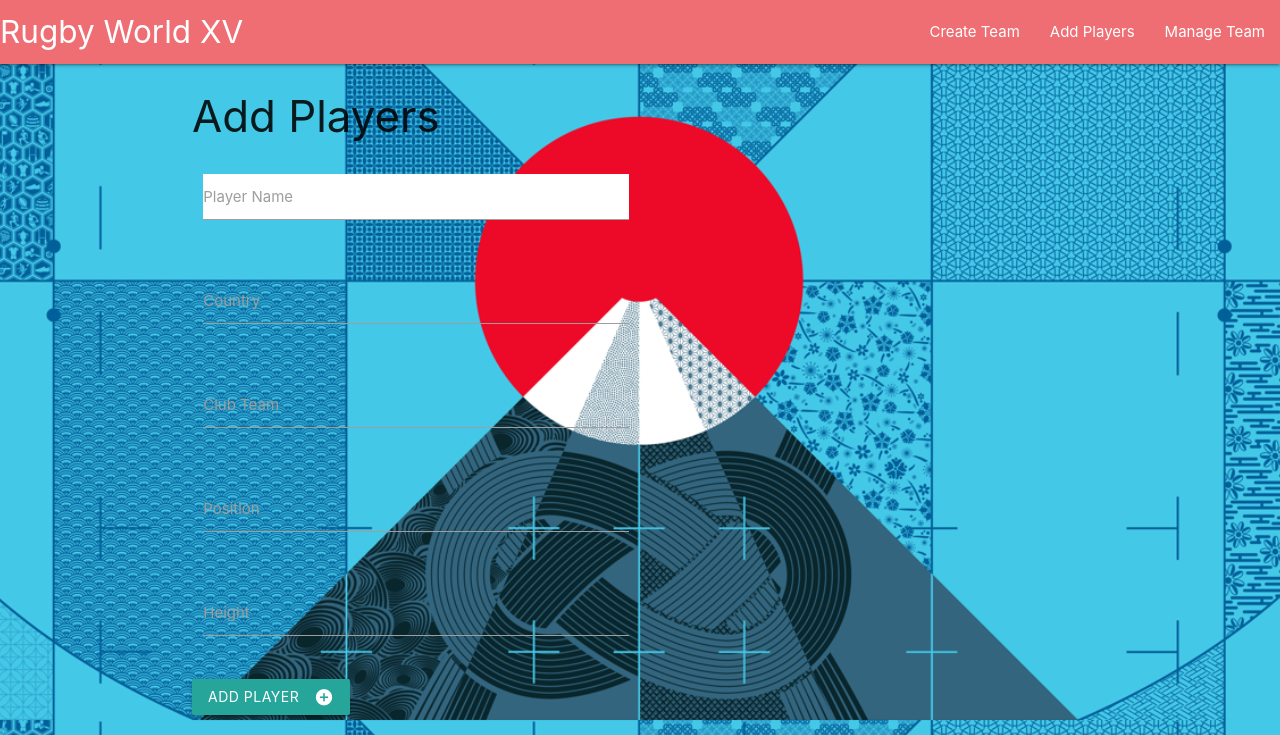
Repository: StephenWhittington/rugby-world-xv
Page: http://localhost/new_team
The author's editor kept a record of every edit. The page is drawn from the files as they stood at one moment, then again after the next edit.
The browser window is 1280 px wide. The pictures show the whole page.
Backgrounds fixed to the window are drawn as part of the page. The page is served by the project's application, run on Flask 3 (app.py). Queries for data that is not in the repository find no rows.

Above is the page before.

### templates/addplayers.html
{% extends 'base.html' %} {% block content %}
<h3>Add Players</h3>
<div class="row">
    <form action="{{ url_for('add_player') }}" method="POST" class="col s12">
        <div class="row">
            <div class="input-field input-info col s6">
                <input  id="player_name" name="player_name" type="text" class="validate">
                <label for="player_name">Player Name</label>
            </div>
        </div>
        <div class="row">
            <div class="input-field input-info col s6">
                <input id="country" name="country" type="text" class="validate">
                <label for="country">Country</label>
            </div>
        </div>
        <div class="row">
            <div class="input-field input-info col s6">
                <input id="club_team" name="club_team" type="text" class="validate">
                <label for="club_team">Club Team</label>
            </div>
        </div>
        <div class="row">
            <div class="input-field input-info col s6">
                <input id="position" name="position" type="text" class="validate">
                <label for="position">Position</label>
            </div>
        </div>
        <div class="row">
            <div class="input-field input-info col s6">
                <input id="height" name="height" type="text" class="validate">
                <label for="height">Height</label>
            </div>
        </div>
         <div class="row">
            <button class="btn waves-effect waves-light" type="submit" name="action">Add Player
                <i class="material-icons right">add_circle</i>
             </button>
        </div>
    </form>
</div>

{% endblock %}

### templates/base.html
<!DOCTYPE html>
<html lang="en">

<head>
    <meta charset="UTF-8">
    <meta name="viewport" content="width=device-width, initial-scale=1.0">
    <meta http-equiv="X-UA-Compatible" content="ie=edge">
    <link href="https://fonts.googleapis.com/icon?family=Material+Icons" rel="stylesheet">
    <link rel="stylesheet" href="https://cdnjs.cloudflare.com/ajax/libs/materialize/1.0.0/css/materialize.min.css">
    <link rel="stylesheet" href="{{url_for('static', filename='css/style.css')}}" type="text/css" />
    <title>World XV</title>
</head>

<body class="background_image">

    <header>
        <nav>
            <div class="nav-wrapper">
                <a href="{{url_for('view_team')}}" class="brand-logo">Rugby World XV</a>
                <a href="#" data-target="mobile-demo" class="sidenav-trigger"><i class="material-icons">menu</i></a>
                <ul id="nav-mobile" class="right hide-on-med-and-down">
                    <li><a href="{{url_for('create_team')}}">Create Team</a></li>
                    <li><a href="{{url_for('new_team')}}">Add Players</a></li>
                    <li><a href="{{url_for('create_team')}}">Manage Team</a></li>
                </ul>
            </div>
        </nav>
        <ul class="sidenav" id="mobile-demo">
            <li><a href="{{url_for('create_team')}}">Create Team</a></li>
            <li><a href="{{url_for('new_team')}}">Add Players</a></li>
            <li><a href="{{url_for('create_team')}}">Manage Team</a></li>
        </ul>
    </header>



    <div class="container">
        {% block content %} {% endblock %}
    </div>


    <script src="https://code.jquery.com/jquery-3.4.1.js" integrity="sha256-WpOohJOqMqqyKL9FccASB9O0KwACQJpFTUBLTYOVvVU=" crossorigin="anonymous"></script>
    <script src="https://cdnjs.cloudflare.com/ajax/libs/materialize/1.0.0/js/materialize.min.js"></script>
    <script type="text/javascript">
        $(document).ready(function() {
            $('.collapsible').collapsible();
            $('select').formSelect();
            $('.sidenav').sidenav();
        });
    </script>
</body>

</html>

### app.py
import os
from flask import Flask, render_template, redirect, request, url_for
from flask_pymongo import PyMongo
from bson.objectid import ObjectId
from dotenv import load_dotenv
load_dotenv()

app = Flask(__name__)

app.config["MONGO_URI"] = os.getenv("MONGO_URI")

mongo = PyMongo(app)



@app.route('/')
@app.route('/create_team')
def view_team():
    return render_template("team.html",
                            first_players_collection=mongo.db.players.find(),
                            second_players_collection = mongo.db.players.find(),
                            third_players_collection = mongo.db.players.find(),
                            fourth_players_collection = mongo.db.players.find(),
                            fith_players_collection = mongo.db.players.find(),
                            sixth_players_collection = mongo.db.players.find(),
                            seventh_players_collection = mongo.db.players.find(),
                            eighth_players_collection = mongo.db.players.find(),
                            ninth_players_collection = mongo.db.players.find(),
                            tenth_players_collection = mongo.db.players.find(),
                            eleventh_players_collection = mongo.db.players.find(),
                            twelth_players_collection = mongo.db.players.find(),
                            thirteenth_players_collection = mongo.db.players.find(),
                            fourteenth_players_collection = mongo.db.players.find(),
                            fithteenth_players_collection = mongo.db.players.find())


@app.route('/new_team')
def new_team():
    return render_template("addplayers.html",
                            addplayers=mongo.db.players.find())

@app.route('/add_player', methods=['POST'])
def add_player():
    addplayers = mongo.db.players
    addplayers.insert_one(request.form.to_dict())
    return redirect(url_for('create_team'))

@app.route('/create_team')
def create_team():
    return render_template("team.html",
                            first_players_collection=mongo.db.players.find())

@app.route('/add_team', methods=['POST'])
def add_team():
    team =  mongo.db.team
    team.insert_one(request.form.to_dict())
    return redirect(url_for('create_team'))


if __name__ == '__main__':
    app.run(host=os.environ.get('IP'),
            port=int(os.environ.get('PORT')),
            debug=True)

### static/css/style.css
.background_image {
    height: 100vh;
    background: url("../images/worldcupback.jpg") no-repeat center center fixed;
    -webkit-background-size: cover;
    -moz-background-size: cover;
    -o-background-size: cover;
    background-size: cover;
    align-items: center;
    position: relative;
    justify-content: center;
}

.select-wrapper {
    background-color: white;
}


.select-wrapper+label {
    position: absolute;
    top: -40px;
    font-size: 20px;
    color: yellow;
}

#player_name {
    background-color: white;
}

After the next edit:
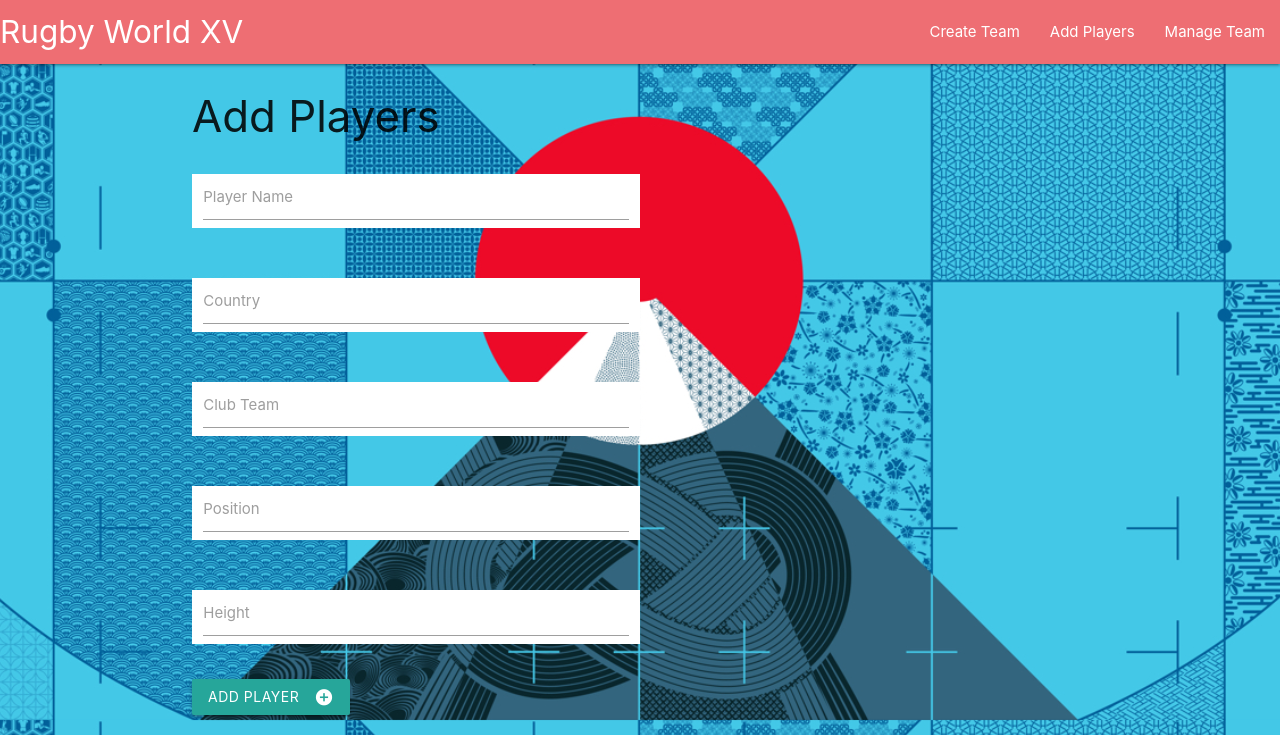
The edit:
--- a/static/css/style.css
+++ b/static/css/style.css
@@ -22,6 +22,6 @@
     color: yellow;
 }
 
-#player_name {
+.input-info {
     background-color: white;
 }
